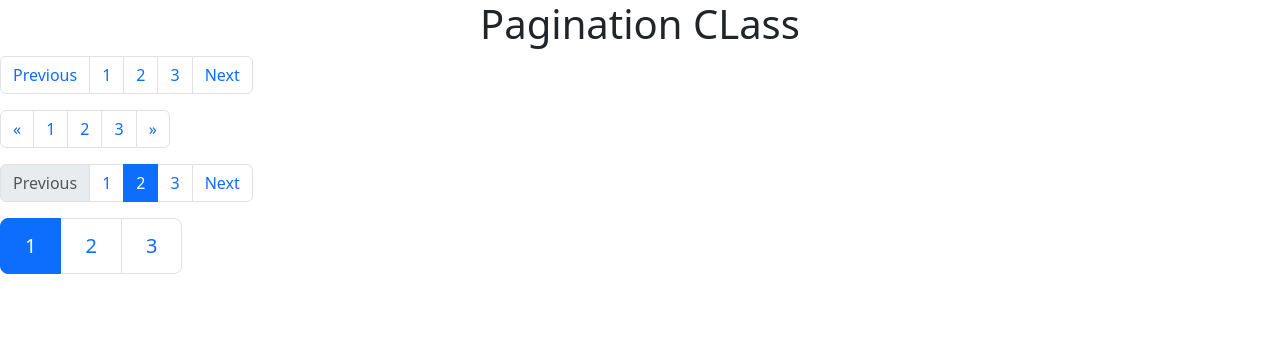
Repository: arunyerram/Web-TEChnologies
Page: Pagination.html
The author's editor kept a copy of each file at every save. The page is drawn from the files as they stood at one save, then again after a run of saves.
The browser window is 1280 px wide. The pictures show the whole page.

Above is the page before, as saved 2025-02-28 11:52:36.

### Pagination.html
<!DOCTYPE html>
<html lang="en">
<head>
    <meta charset="UTF-8">
    <meta name="viewport" content="width=device-width, initial-scale=1.0">
    <title>Document</title>

    <script src="https://cdn.jsdelivr.net/npm/bootstrap@5.3.3/dist/js/bootstrap.bundle.min.js" integrity="sha384-YvpcrYf0tY3lHB60NNkmXc5s9fDVZLESaAA55NDzOxhy9GkcIdslK1eN7N6jIeHz" crossorigin="anonymous"></script>

    <link href="https://cdn.jsdelivr.net/npm/bootstrap@5.3.3/dist/css/bootstrap.min.css" rel="stylesheet" integrity="sha384-QWTKZyjpPEjISv5WaRU9OFeRpok6YctnYmDr5pNlyT2bRjXh0JMhjY6hW+ALEwIH" crossorigin="anonymous">
    <link href="Pagination.css" rel="stylesheet">
</head>
<body>

    <div class="app">
        <h1>Pagination CLass</h1>
    <nav aria-label="Page navigation example">
        <ul class="pagination">
          <li class="page-item"><a class="page-link" href="#">Previous</a></li>
          <li class="page-item"><a class="page-link" href="#">1</a></li>
          <li class="page-item"><a class="page-link" href="#">2</a></li>
          <li class="page-item"><a class="page-link" href="#">3</a></li>
          <li class="page-item"><a class="page-link" href="#">Next</a></li>
        </ul>
      </nav>
    </div>


    <div class="app">
        <nav aria-label="Page navigation example">
            <ul class="pagination">
              <li class="page-item">
                <a class="page-link" href="#" aria-label="Previous">
                  <span aria-hidden="true">&laquo;</span>
                </a>
              </li>
              <li class="page-item"><a class="page-link" href="#">1</a></li>
              <li class="page-item"><a class="page-link" href="#">2</a></li>
              <li class="page-item"><a class="page-link" href="#">3</a></li>
              <li class="page-item">
                <a class="page-link" href="#" aria-label="Next">
                  <span aria-hidden="true">&raquo;</span>
                </a>
              </li>
            </ul>
          </nav>
    </div>

    <div class="app">
        <nav aria-label="...">
            <ul class="pagination">
              <li class="page-item disabled">
                <a class="page-link">Previous</a>
              </li>
              <li class="page-item"><a class="page-link" href="#">1</a></li>
              <li class="page-item active" aria-current="page">
                <a class="page-link" href="#">2</a>
              </li>
              <li class="page-item"><a class="page-link" href="#">3</a></li>
              <li class="page-item">
                <a class="page-link" href="#">Next</a>
              </li>
            </ul>
          </nav>
    </div>

    <div class="app">

        <nav aria-label="...">
            <ul class="pagination pagination-lg">
              <li class="page-item active" aria-current="page">
                <span class="page-link">1</span>
              </li>
              <li class="page-item"><a class="page-link" href="#">2</a></li>
              <li class="page-item"><a class="page-link" href="#">3</a></li>
            </ul>
          </nav>
    </div>
</body>
</html>

### Pagination.css
.app{
    text-align:center;
    margin-left:100px;
    margin-top: 20px;
    display:block;
    margin:auto;
}

After the next 4 saves:
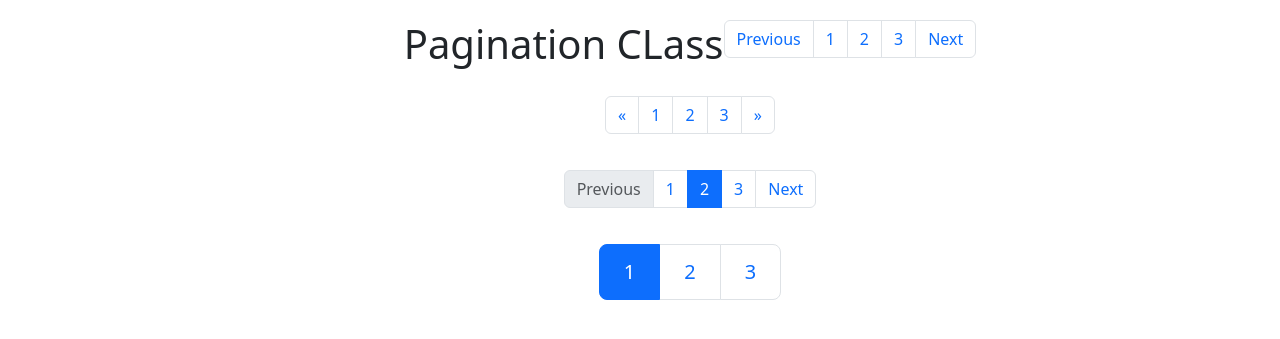
The 4 saves are shown as one change because they came seconds apart.
The last was saved 13 s later.
--- a/Pagination.css
+++ b/Pagination.css
@@ -2,6 +2,7 @@
     text-align:center;
     margin-left:100px;
     margin-top: 20px;
-    display:block;
-    margin:auto;
+    display:flex;
+    justify-content:center;
+    /* margin:auto; */
 }
